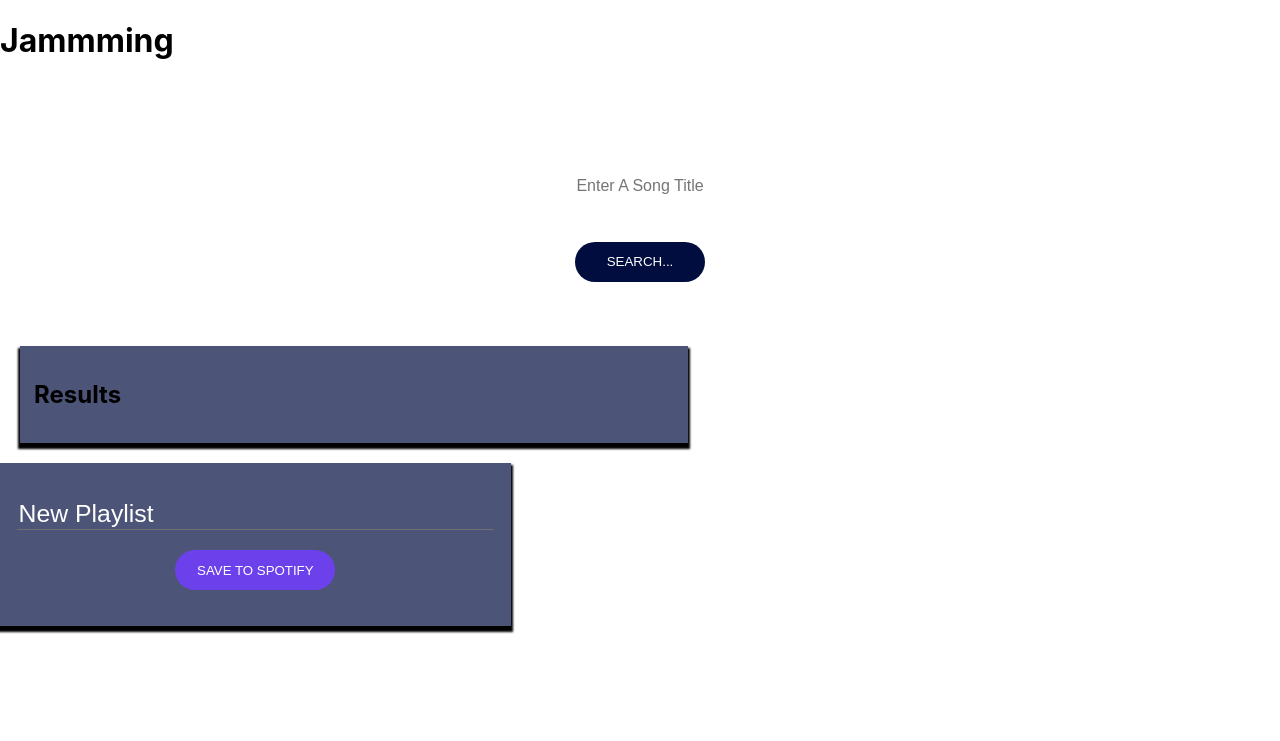
Repository: LolaSL/jamming
Page: /
An editor plug-in stored every save of this project. The page is shown before and after a run of saves, followed by the edit.
The browser window is 1280 px wide. The pictures show the whole page.
The project was rebuilt for these pictures with package versions that can differ from the ones it lists, and the page was loaded fresh each time. Also part of the build but not shown: src/components/Track/Track.css, src/components/Track/Track.jsx.

Above is the page before, as saved 2023-06-22 18:30:11.

After the next 2 saves:
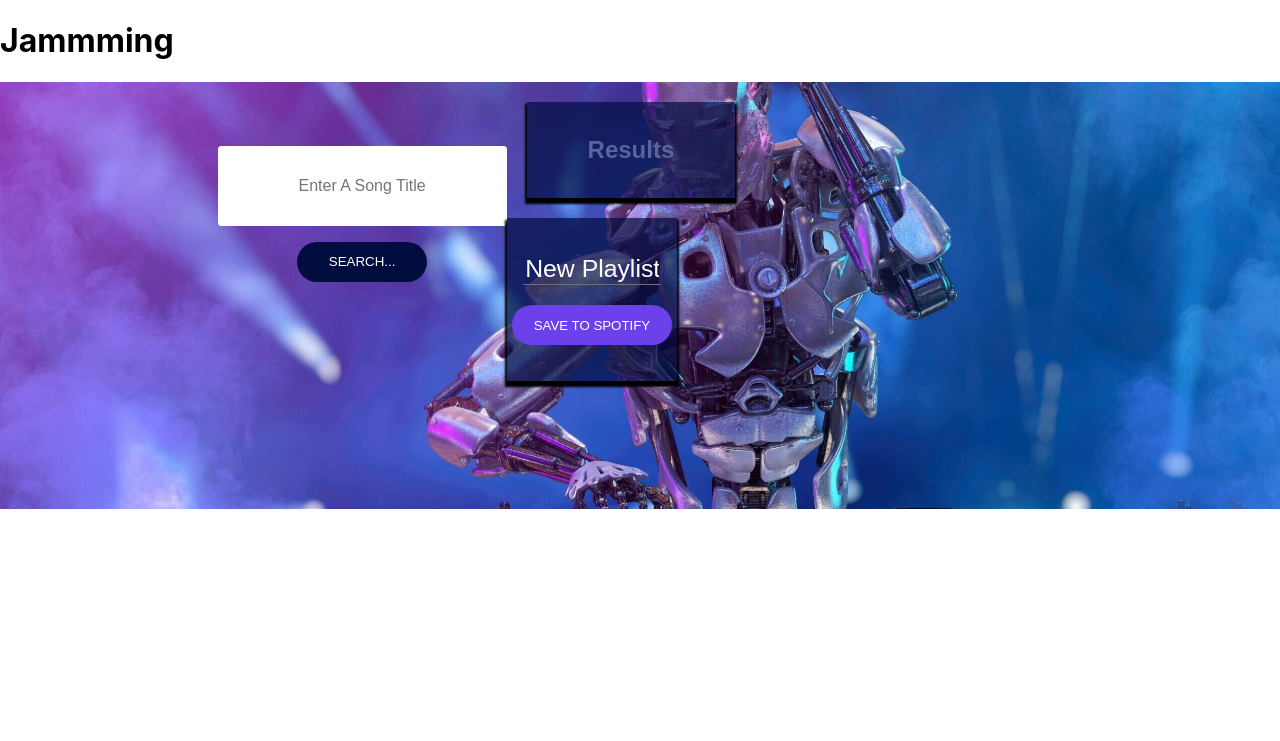
The 2 saves are shown as one change because they came seconds apart.
The last was saved 6 s later.
--- a/src/App/App.css
+++ b/src/App/App.css
@@ -6,7 +6,7 @@ html,
 .container{
 
 }
-.app-container {
+.App{
   display: flex;
   height: 100%;
   padding: 0 17% 10% 17%;
